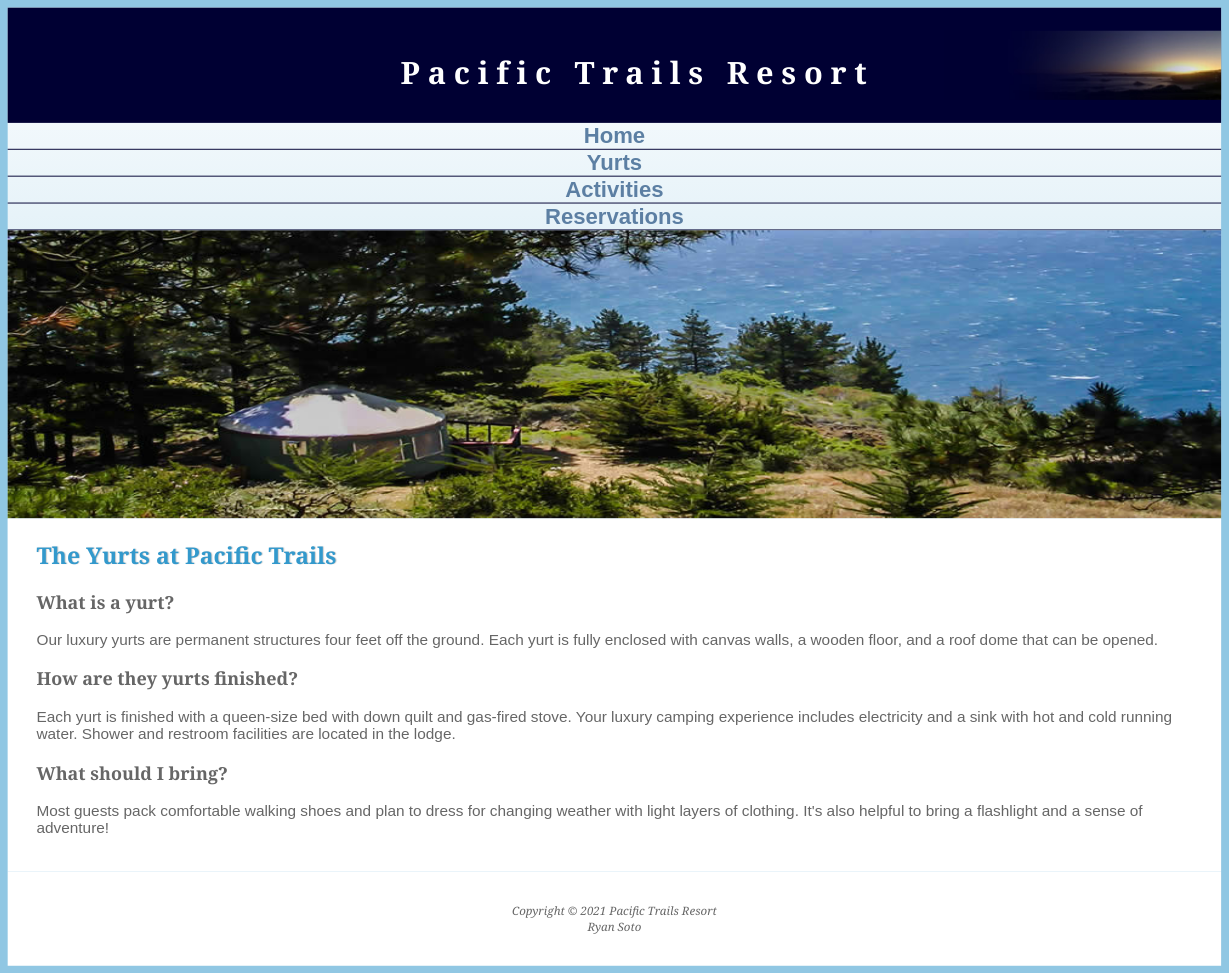
Repository: rsoto003/web-dev-152
Page: dist/assignments/chapter8/ch8pacific/yurts.html
The author's editor kept a copy of each file at every save. The page is drawn from the files as they stood at one save, then again after the next save.
The browser window is 1280 px wide. The pictures show the whole page, at 96% of full size.
Some web libraries are served in a nearby version.

Above is the page before, as saved 2021-07-25 22:15:30.

After the next save:
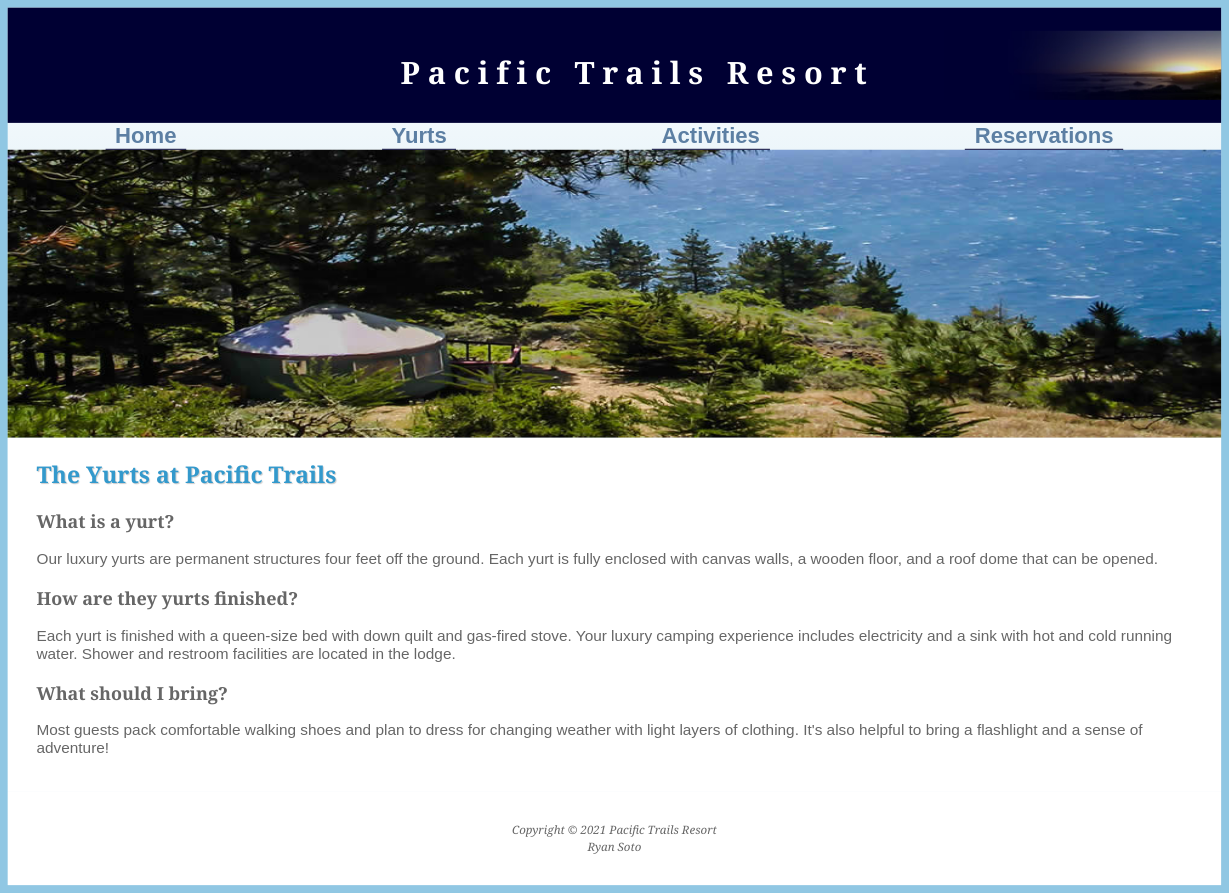
Saved 4 min 5 s later.
--- a/dist/assignments/chapter8/ch8pacific/pacific.css
+++ b/dist/assignments/chapter8/ch8pacific/pacific.css
@@ -137,3 +137,11 @@ footer {
     background-size: 100% 100%;
     background-repeat: no-repeat;
 }
+
+@media (min-width: 600px){
+    nav ul {
+        display: flex;
+        flex-flow: row nowrap;
+        justify-content: space-around;
+    }
+}
